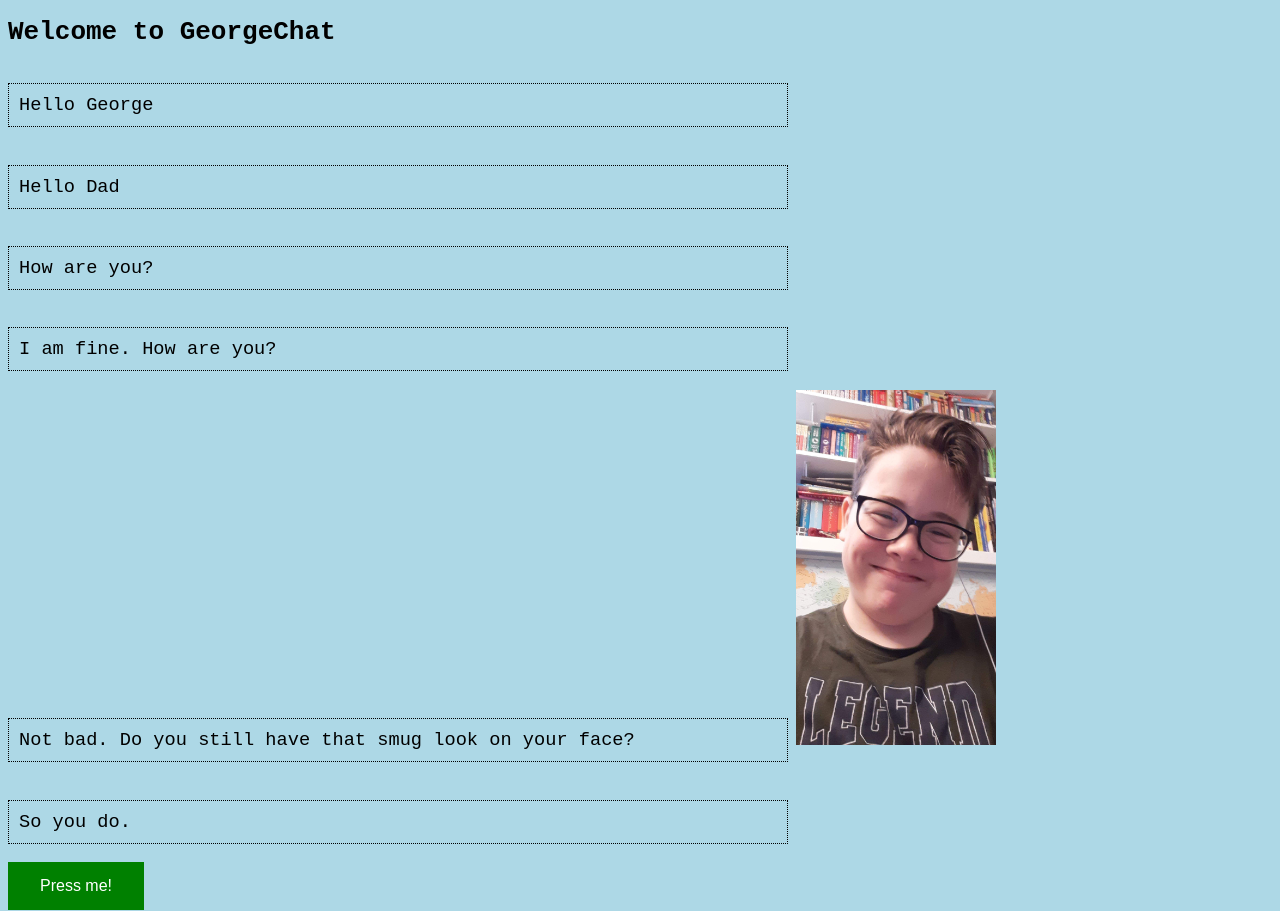
Repository: georgefyles/playground
Page: playground/src/resources/html/test.html
The author's editor kept a record of every edit. The page is drawn from the files as they stood at one moment, then again after the next edit.
The browser window is 1280 px wide. The pictures show the whole page.

Above is the page before.

After the next edit:
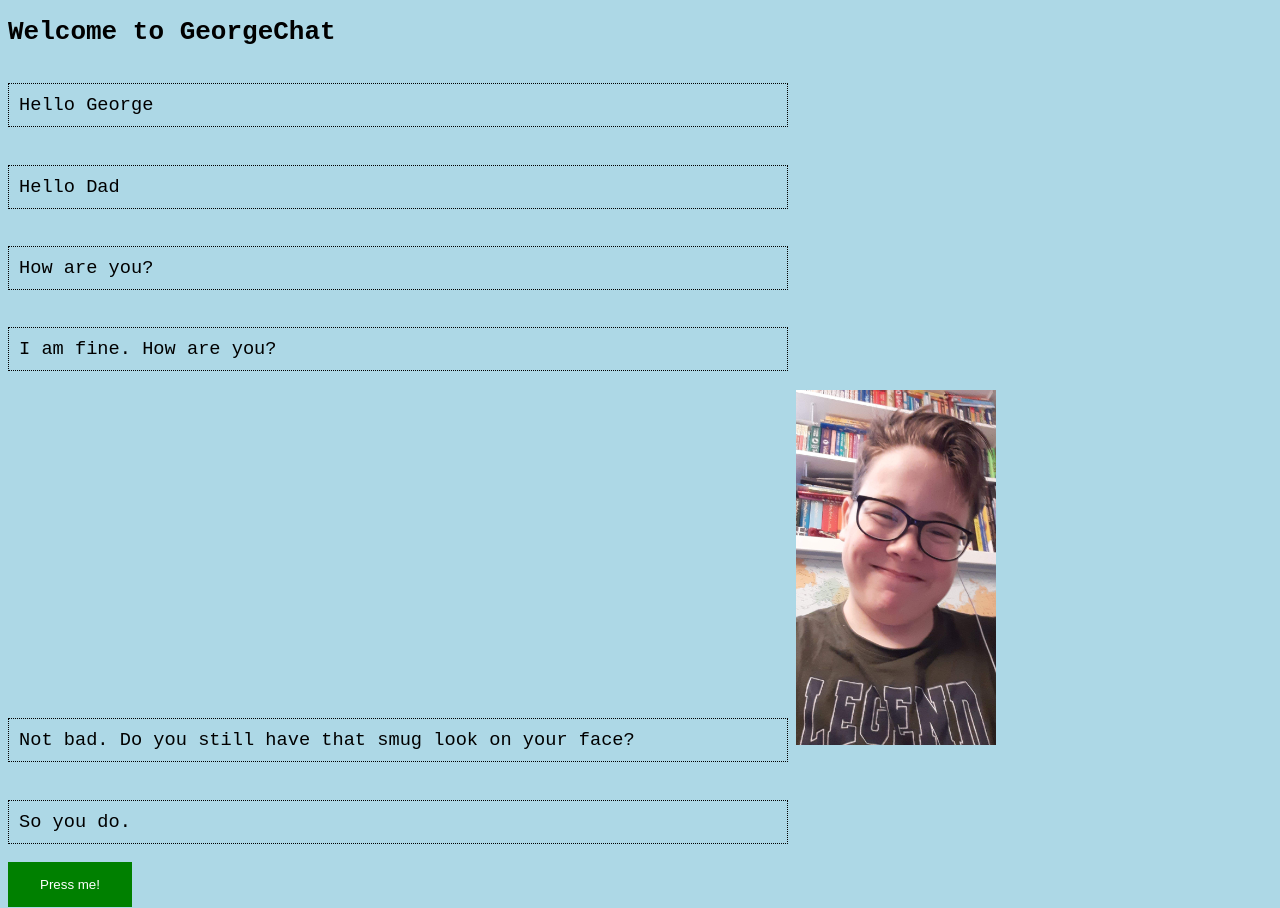
The edit:
--- a/playground/src/resources/html/test.css
+++ b/playground/src/resources/html/test.css
@@ -18,7 +18,6 @@
     text-align: center;
     text-decoration: none;
     display: inline-block;
-    font-size: 16px;
 }
 
 p {
